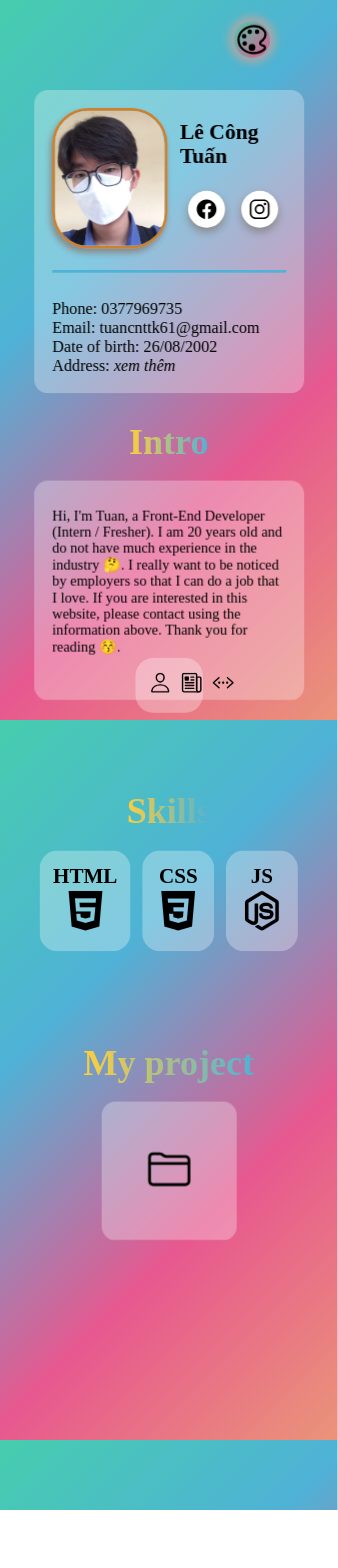
Repository: LeCongTuan2608/Profile
Page: index.html
An editor plug-in stored every save of this project. The page is shown before and after a run of saves, followed by the edit.
The browser window is 375 px wide. The pictures show the whole page, at 90% of full size.
Backgrounds fixed to the window are drawn as part of the page. The style sheet was rebuilt from its Sass, Less or Tailwind sources for each picture, by a compiler version that may differ from the author's.

Above is the page before, as saved 2022-05-05 12:43:14.

### index.html
<!DOCTYPE html>
<html lang="en">
   <head>
      <meta charset="UTF-8" />
      <meta http-equiv="X-UA-Compatible" content="IE=edge" />
      <meta name="viewport" content="width=device-width, initial-scale=1.0" />

      <script type="module" src="https://unpkg.com/ionicons@5.5.2/dist/ionicons/ionicons.esm.js"></script>
      <script nomodule src="https://unpkg.com/ionicons@5.5.2/dist/ionicons/ionicons.js"></script>

      <link rel="preconnect" href="https://fonts.googleapis.com" />
      <link rel="preconnect" href="https://fonts.gstatic.com" crossorigin />
      <link href="https://fonts.googleapis.com/css2?family=Pacifico&display=swap" rel="stylesheet" />

      <link href="https://unpkg.com/aos@2.3.1/dist/aos.css" rel="stylesheet" />
      <script src="https://unpkg.com/aos@2.3.1/dist/aos.js"></script>

      <link rel="stylesheet" href="./sass/css/style.css" />
      <title>Profile</title>
   </head>
   <body>
      <div class="container">
         <div class="palette">
            <ion-icon name="color-palette-outline"></ion-icon>
            <div class="list-color">
               <ul>
                  <li class="bgr-color"></li>
                  <li class="bgr-color"></li>
                  <li class="bgr-color"></li>
               </ul>
            </div>
         </div>

         <div class="contents">
            <div data-aos="flip-left" data-aos-duration="1500">
               <div class="card-info">
                  <div class="personal-information">
                     <div class="image">
                        <div class="user-image">
                           <img src="./images/1.JPG" alt="" />
                        </div>
                        <div class="user-intro">
                           <h2>Lê Công Tuấn</h2>
                           <div class="user-intro-navigation">
                              <div class="navigation-fb">
                                 <a href="https://www.facebook.com/profile.php?id=100026041985048"
                                    ><ion-icon name="logo-facebook"></ion-icon
                                 ></a>
                                 <span>facebook</span>
                              </div>
                              <div class="navigation-ins">
                                 <a href="https://www.instagram.com/tuanle2608/"
                                    ><ion-icon name="logo-instagram"></ion-icon
                                 ></a>
                                 <span>instagram</span>
                              </div>
                           </div>
                        </div>
                     </div>
                     <div class="contact">
                        <div class="contact-info">
                           <span>Phone: 0377969735</span>
                           <span>Email: tuancnttk61@gmail.com</span>
                        </div>
                        <div class="contact-info">
                           <span>Date of birth: 26/08/2002</span>
                           <span>Address: <i id="see">xem thêm</i></span>
                        </div>
                     </div>
                  </div>
               </div>
            </div>
            <div class="card-intro">
               <div class="intro-yourself">
                  <div class="title">
                     <div data-aos="fade-up" data-aos-duration="1000">
                        <h1>Intro</h1>
                     </div>
                  </div>
                  <div data-aos="flip-down" data-aos-duration="1000">
                     <div class="intro-content">
                        <p>
                           Hi, I'm Tuan, a Front-End Developer (Intern / Fresher). I am 20 years old and do not have
                           much experience in the industry 🤔. I really want to be noticed by employers so that I can do
                           a job that I love. If you are interested in this website, please contact using the
                           information above. Thank you for reading 😚.
                        </p>
                     </div>
                  </div>
               </div>

               <div class="my-skills">
                  <div class="title">
                     <div data-aos="fade-down" data-aos-easing="linear" data-aos-duration="300">
                        <h1>Skills</h1>
                     </div>
                  </div>
                  <div class="skills-content">
                     <div class="list-skills">
                        <div data-aos="fade-right">
                           <h3>HTML</h3>
                           <ion-icon name="logo-html5"></ion-icon>
                        </div>

                        <div data-aos="fade-down">
                           <h3>CSS</h3>
                           <ion-icon name="logo-css3"></ion-icon>
                        </div>

                        <div data-aos="fade-left">
                           <h3>JS</h3>
                           <ion-icon name="logo-nodejs"></ion-icon>
                        </div>
                     </div>
                  </div>
               </div>

               <div class="my-project">
                  <div class="title">
                     <div data-aos="fade-up" data-aos-anchor-placement="bottom-bottom">
                        <h1>My project</h1>
                     </div>
                  </div>
                  <div class="project-box">
                     <div data-aos="zoom-in">
                        <div class="box">
                           <ion-icon name="folder-outline"></ion-icon>
                        </div>
                     </div>
                  </div>
               </div>
            </div>
         </div>

         <div class="box-container">
            <div class="list-project">
               <div class="close">
                  <ion-icon name="close-circle-outline"></ion-icon>
               </div>

               <ul>
                  <li>
                     <a href="https://lecongtuan2608.github.io/Youtube/">https://lecongtuan2608.github.io/Youtube/</a>
                  </li>
                  <li><a href="https://lecongtuan2608.github.io/music/">https://lecongtuan2608.github.io/music/</a></li>
               </ul>
            </div>
         </div>
         <div class="toolbar">
            <div class="tollbar-list">
               <ul>
                  <li><ion-icon name="person-outline"></ion-icon></li>
                  <li><ion-icon name="newspaper-outline"></ion-icon></li>
                  <li><ion-icon name="code-working-outline"></ion-icon></li>
               </ul>
            </div>
         </div>
      </div>
   </body>
   <script>
      AOS.init();
   </script>
   <script src="./js/app.js"></script>
</html>

### js/app.js
const open_project = document.querySelector('.box');
const box_container = document.querySelector('.box-container');
const close_box = document.querySelector('.close');
const list_project = document.querySelector('.list-project');
open_project.addEventListener('click', function () {
   box_container.classList.add('open');
});
close_box.addEventListener('click', function () {
   box_container.classList.remove('open');
});
box_container.addEventListener('click', function () {
   box_container.classList.remove('open');
});
list_project.addEventListener('click', function (event) {
   event.stopPropagation();
});

const palette = document.querySelector('.palette');
var bgr_colors = document.querySelectorAll('.bgr-color');
const container = document.querySelector('.container');
const text_colors = document.querySelectorAll('.title h1');
function bgr_change() {
   for (let i = 0; i < bgr_colors.length; i++) {
      bgr_colors[i].addEventListener('click', function () {
         bgr_colors = i;
         if (bgr_colors == 0) {
            for (let text_color of text_colors) {
               text_color.classList.remove('text-color-2');
               text_color.classList.remove('text-color-3');
               text_color.classList.add('text-color-1');
            }
            container.classList.remove('bgr-color-2');
            container.classList.remove('bgr-color-3');
            container.classList.add('bgr-color-1');
         } else if (bgr_colors == 1) {
            for (let text_color of text_colors) {
               text_color.classList.remove('text-color-1');
               text_color.classList.remove('text-color-3');
               text_color.classList.add('text-color-2');
            }
            container.classList.remove('bgr-color-1');
            container.classList.remove('bgr-color-3');
            container.classList.add('bgr-color-2');
         } else if (bgr_colors == 2) {
            for (let text_color of text_colors) {
               text_color.classList.remove('text-color-1');
               text_color.classList.remove('text-color-2');
               text_color.classList.add('text-color-3');
            }
            container.classList.remove('bgr-color-1');
            container.classList.remove('bgr-color-2');
            container.classList.add('bgr-color-3');
         }
      });
   }
}
bgr_change();

### sass/style.scss
*{
    margin: 0;
    padding: 0;
}
html{
    width: 100%;
    height: 100%;
    padding: 0;
    margin: 0;
    font-family: 'Fredoka One', cursive;

}
body{
    width: 100%;
    height: auto;

}
.container{
    padding-top: 100px;
    padding-bottom: 200px;
    width: 100%;
    height: auto;
    position: relative;
    background-image: linear-gradient(-45deg, #ea9479, #e7588f, #4fb2d6, #46cdae);
    background-attachment: fixed;
}
.bgr-color-1{
    background-image: linear-gradient(90deg, #74EBD5 0%, #9FACE6 100%);
    background-attachment: fixed;
}
.bgr-color-2{
    background-image: linear-gradient(to right, #eea2a2 0%, #bbc1bf 19%, #57c6e1 42%, #b49fda 79%, #7ac5d8 100%);
    background-attachment: fixed;
}
.bgr-color-3{
    background-image: linear-gradient(to top, #88d3ce 0%, #6e45e2 100%);
    background-attachment: fixed;
}
.palette{
    position: fixed;
    top: 3%;
    right: 5%;
    font-size: 40px;
}
.list-color ul{
    position: absolute;
}
.palette:hover ul li{
    display: block;
}
// chọn màu bgr
.list-color ul li:first-child{
    margin-bottom: 10px;
    background-image: linear-gradient(90deg, #74EBD5 0%, #9FACE6 100%);
}
.list-color ul li:nth-of-type(2){
    margin-bottom: 10px;
    background-image: linear-gradient(to right, #eea2a2 0%, #bbc1bf 19%, #57c6e1 42%, #b49fda 79%, #7ac5d8 100%);
}
.list-color ul li:last-child{
    background-image: linear-gradient(to top, #88d3ce 0%, #6e45e2 100%);

}

.list-color ul li{
    list-style-type: none;
    display: none;
    width: 40px;
    height: 40px;
    border-radius: 100rem;
    box-shadow: #3d3d3d -1px 2px 5px 2px;

}
.toolbar{
    width:  20%;
    border-radius: 20px;
    position: fixed;
    font-size: 25px;
    left: 50%;
    transform: translateX(-50%);
    bottom: 1%;
    background-color: rgba($color: white, $alpha: 0.3);
}
.tollbar-list{
    padding: 10px;
}
.toolbar ul{
    display: flex;
    justify-content: space-around;
}
.toolbar ul li {
    list-style-type: none;
    display: inline;
    border-radius: 100rem;
    cursor: pointer;
}
.toolbar ul li ion-icon{
    padding: 5px;
}
.toolbar ul li:hover {
background-color: #a5e296;
}
.palette ion-icon{
    background-image: linear-gradient(-45deg, #e7588f,#46cdae);
    border-radius: 100rem;
    box-shadow: #a9a9a9 0px 0px 10px 6px;
    cursor: pointer;
}
.contents{
    width: 100%;
    display: flex;
    flex-wrap: wrap;
    align-content: center;
    flex-direction: column;
}
.contents > div{
    width: 60%;
}
.card-info{
    background-color: rgba($color: white, $alpha: 0.3);
    border-radius: 15px;
}
.personal-information{
    padding: 20px;
    display: flex;

}
.image{
    display: flex;
    flex: 1;
    border-right: 3px solid;
    border-color:#4fb2d6;
    padding-right: 20px;
}
.user-image{
    width: 150px;
    height: 150px;
    // border: 3px solid;
    // border-image-source: linear-gradient(to top, #f64f59, #9634c8);
    // border-image-slice :1;
}
.user-image img{
    width: 100%;
    height: 100%;
    object-fit: cover;
    border-radius: 40px;
    border: solid;
    border-color: #cd802e;
    box-shadow: rgb(137, 137, 137) -2px 5px 7px 0px;


}
.user-intro{
    display: flex;
    margin-left: 20px;
    flex-direction: column;
    justify-content: space-around;
}
.user-intro-navigation{
    display: flex;
    justify-content: space-around;
}
.user-intro-navigation a{
    color: black;
    text-decoration: none;
}
.user-intro-navigation a > ion-icon{
    font-size: 25px;
    border-radius: 100rem;
    padding: 8px;
    background-color: white;
    box-shadow: rgb(137, 137, 137) 0px 5px 10px 0px;
}
.navigation-fb{
    position: relative;
}
.navigation-fb span{
    display: none;
}
.navigation-fb a > ion-icon:hover{
    background-color: rgb(153, 159, 248);
}
.navigation-fb:hover span{
    position: absolute;
    display: block;
    background-color: rgb(153, 159, 248);
    border-radius: 40px;
    padding: 5px;
    font-size: 18px;
    top: -95%;
    left: -50%;
    font-weight: 700;
    animation: intro ease 0.5s;
    z-index: 2;
}
.navigation-fb:hover::after{
    position: absolute;
    content: "";
    width: 13px;
    height: 13px;
    background-color: rgb(153, 159, 248);
    clip-path: polygon(50% 100%, 0 0, 100% 0);
    top: -25%;
    left: 30%;
    animation: intro ease 0.5s;
    z-index: 1;
}


.navigation-ins{
    position: relative;
}
.navigation-ins span{
    display: none;
}
.navigation-ins a > ion-icon:hover{
    background-color: rgb(64, 173, 177);
}
.navigation-ins:hover span{
    position: absolute;
    display: block;
    background-color: rgb(64, 173, 177);
    border-radius: 40px;
    padding: 5px;
    font-size: 18px;
    top: -95%;
    left: -50%;
    font-weight: 700;
    animation: intro ease 0.5s;
    z-index: 2;
}
.navigation-ins:hover::after{
    position: absolute;
    content: "";
    width: 13px;
    height: 13px;
    background-color: rgb(64, 173, 177);
    clip-path: polygon(50% 100%, 0 0, 100% 0);
    top: -25%;
    left: 30%;
    animation: intro ease 0.5s;
    z-index: 1;
}
.contact{
    flex: 1;
    display: flex;
    padding-left: 20px;
}
.contact-info{
    flex: 1;
    display: flex;
    flex-direction: column;
    justify-content: space-around;
}
.contact-info span{
    font-size: 18px;
    overflow: hidden;
}

.card-intro{
    margin-top: 30px;
    width: 60%;

}
.intro-yourself{
    margin: 30px 0 100px 0;
}
.title{
    text-align: center;
    margin-bottom: 20px;
    font-size: 20px;
}
.title h1{
    display: inline-block;
    background-image: linear-gradient( to right,#ffce3d, #4fb2d6);
    color: transparent;
    -webkit-background-clip: text;
    background-clip: text;
}
// đổi màu text
.text-color-1{
    background-image: linear-gradient(-225deg, #AC32E4 0%, #7918F2 48%, #4801FF 100%) !important;
}
.text-color-2{
    background-image: linear-gradient(-225deg, #A445B2 0%, #D41872 52%, #FF0066 100%) !important;
}
.text-color-3{
    background-image: linear-gradient(to top, #50cc7f 0%, #f5d100 100%) !important;
}

//===============
.intro-content{
    padding: 30px 20px 50px 20px;
    background-color: rgba($color: white, $alpha: 0.3);
    border-radius: 15px;
}

.my-skills {
    margin: 30px 0 100px 0;
}
.skills-content .list-skills{
    display: flex;
    justify-content: space-around;
}
.skills-content .list-skills div{
    padding: 5%;
    border-radius: 20px;
    background-color: rgba(255, 255, 255, 0.3);
    list-style-type: none;
    display: inline;
    text-align: center;
    font-size: 20px;
}

.skills-content .list-skills div ion-icon{
    font-size: 50px;
}
.my-project{
    margin: 30px 0 100px 0;

}
.project-box{
    display: flex;
    justify-content: center;
}
.box{
    background-color: rgba($color: white, $alpha: 0.3);
    border-radius: 15px;
    text-align: center;
    cursor: pointer;
}
.box:hover{
    transition-duration: 0.5s;
    transform: scale(1.1, 1.1);
    box-shadow: rgba(130, 130, 130, 0.773) 0px 1px 5px 2px;
}
.box > ion-icon{
    font-size: 50px;
    padding: 50px;
}
.box-container{
    position: fixed;
    top:0;
    left: 0;
    right: 0;
    bottom: 0;
    background-color: rgba( rgb(186, 186, 186), 0.5);
    display: none;
}
.open{
    display: block;
}
.list-project{
    position: absolute;
    left: 30%;
    right: 30%;
    top: 50%;
    transform: translateY(-50%);
    border-radius: 15px;
    background-color: white;
    box-shadow: rgb(137, 137, 137) 0px 5px 10px 0px;
    text-align: center;
    animation: intro ease 1s;

}
.close{
    position: absolute;
    width: 30px;
    height: 30px;
    right: 2%;
    top: 2%;
    font-size: 25px;
    cursor: pointer;
}
.list-project ion-icon:hover{
    color: red;
    border-radius: 100rem;

}
.list-project ul{
    padding: 50px 10px 30px 10px;
}
.list-project ul li{
    list-style-type: none;
}
.list-project ul li a{
    text-decoration: none;
    color: black;
}
.list-project ul li a:hover{
    color: rgb(53, 138, 213);
}
@keyframes intro{
    from {
        transform: translateY((100%));
    }
    to{
        transform: translateY((-50%));
    }
}
@media screen and (max-width:1060px) {
    .contents {
        display: block;
    }
    .contents > div{
        margin: 0 10% 0 10%;
        width: 80%;
    }
}
@media screen and (max-width:820px) {
    .contents {
        display: block;
    }
    .personal-information{
        display: block;
    }
    .image{
        border-right: none;
        border-bottom: 3px solid;
        border-color: #4fb2d6;
        padding-right: 0;
        padding-bottom: 30px;
    }
    .contact{
        padding-top: 30px;
        padding-left: 0px;

    }
}
@media screen and (max-width:567px){
    .image{
        border-right: none;
        border-bottom: 3px solid;
        border-color: #4fb2d6;
        padding-right: 0;
        padding-bottom: 30px;
    }
    .contact{
        padding-top: 30px;
        display: block;
    }
}
@media screen and (max-width:391px){
    .palette{
        position: fixed;
        top: 3%;
        right: 20%;
        font-size: 40px;
    }
}

After the next 2 saves:
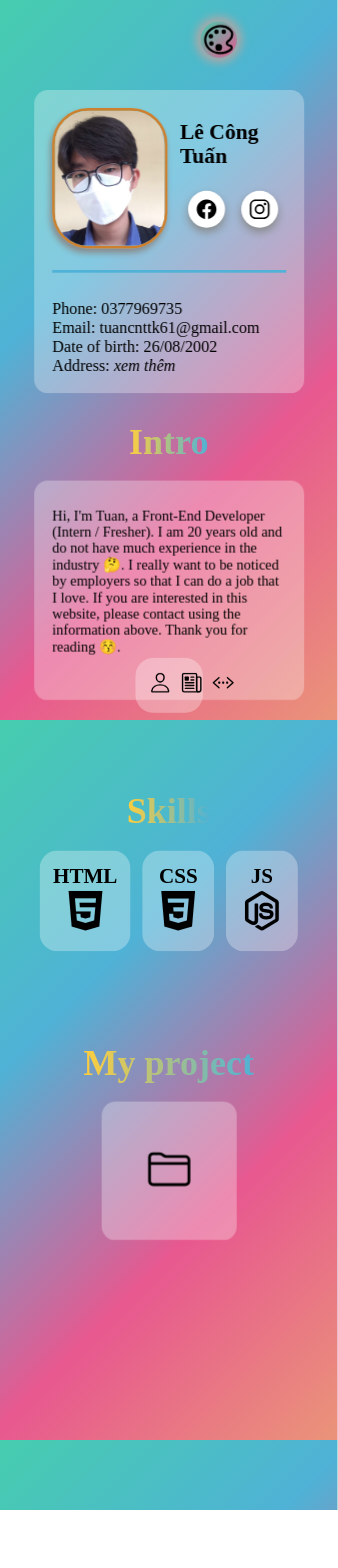
The 2 saves are shown as one change because they came seconds apart.
The last was saved 11 s later.
--- a/sass/style.scss
+++ b/sass/style.scss
@@ -444,7 +444,7 @@ background-color: #a5e296;
     .palette{
         position: fixed;
         top: 3%;
-        right: 20%;
+        right: 30%;
         font-size: 40px;
     }
 }
